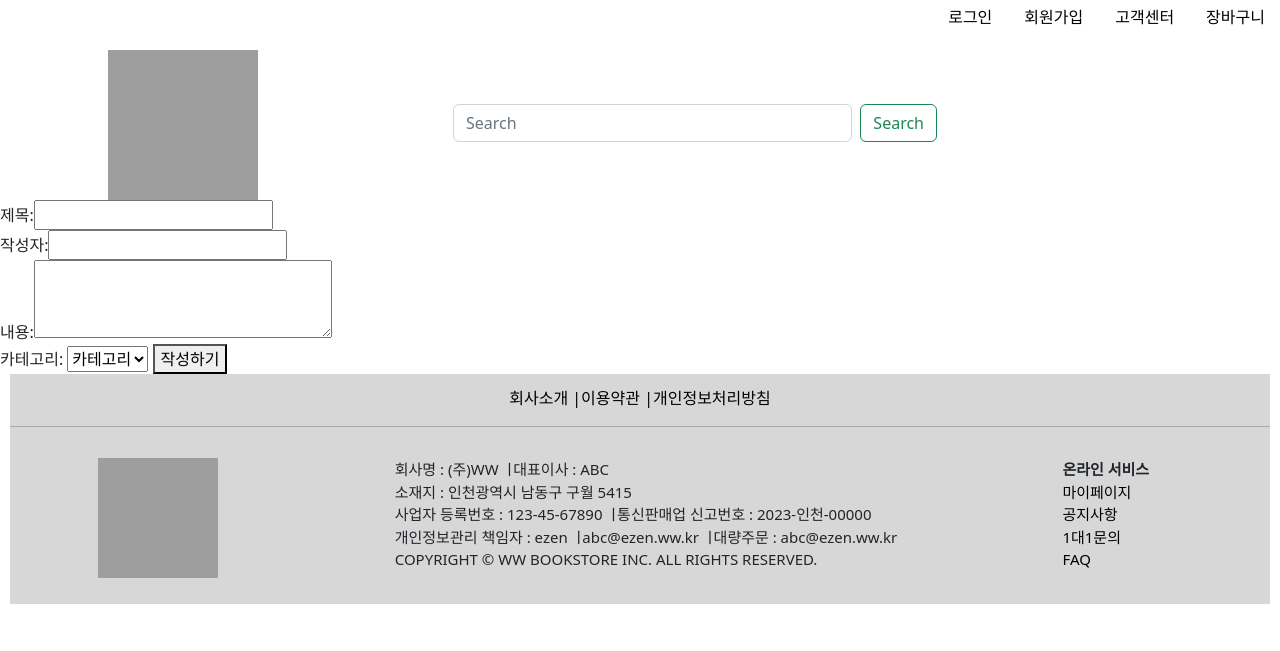
Repository: leehyeonung/project4
Page: http://localhost/book/WEB-INF/views/board/register.jsp
These files come from the project's save history. The page is drawn as it stood at one moment and after the next save; the edit follows.
The browser window is 1280 px wide. The pictures show the whole page.
Pictures or frames that could not be fetched are drawn as grey boxes. The page is served by Tomcat 9. Nobody is signed in. Other server files are loaded and not shown. The template is opened directly, without the code that normally fills it, so the values that code supplies are empty.

Above is the page before, as saved 2023-01-06 06:57:03.

### book/src/main/webapp/WEB-INF/views/board/register.jsp
<%@ page language="java" contentType="text/html; charset=UTF-8"
    pageEncoding="UTF-8"%>
<!DOCTYPE html>
<html>
<head>
<meta charset="UTF-8">
<title>Insert title here</title>
</head>
<body>
<jsp:include page="../layout/header.jsp"></jsp:include>
<div class="main">
<form action="/board/register" method="post">
제목:<input type="text" name="brd_title" ><br>
작성자:<input type="text" name="brd_writer" value="${ses.mem_id}" readonly><br>
내용:<textarea rows="3" cols="30" name="brd_content"></textarea><br>
카테고리:	<select name="brd_category">
    			<option>카테고리</option>
    			<option>질문</option>
    			<option>자유</option>
    			<option>테스트</option>
  			</select>


<div name="brd_mem_num" value="${ses.mem_num}" hidden></div>

<button type="submit">작성하기</button>
</div>
<jsp:include page="../layout/footer.jsp"></jsp:include>
</body>
</html>

### book/src/main/webapp/WEB-INF/views/layout/header.jsp
<%@ page language="java" contentType="text/html; charset=UTF-8"
    pageEncoding="UTF-8"%>
<%@ taglib uri="http://java.sun.com/jsp/jstl/core" prefix="c"%>
<!DOCTYPE html>
<html>
<head>
<meta charset="UTF-8">
<title>Insert title here</title>
<!-- CSS only -->
<link href="https://cdn.jsdelivr.net/npm/bootstrap@5.2.2/dist/css/bootstrap.min.css"
rel="stylesheet" integrity="sha384-Zenh87qX5JnK2Jl0vWa8Ck2rdkQ2Bzep5IDxbcnCeuOxjzrPF/et3URy9Bv1WTRi"
crossorigin="anonymous">
<link rel="stylesheet" type="text/css" href="/resources/css/header.css">
</head>
<body>

<div class="header">
    <div class="menu">
        <c:if test="${ses.mem_id ==null}">
        <ul><a href="/mem/loginPage">로그인</a></ul>
        <ul><a href="/mem/joinPage">회원가입</a></ul>
        </c:if>
        <c:if test="${ses.mem_id == 'admin' }">
        <ul><a href="/mem/logOut">로그아웃</a></ul>
        <ul><a href="/mem/adminpage">관리인페이지</a></ul>
        </c:if>
        <c:if test="${ses.mem_id !=null && ses.mem_id !='admin' }">
        <ul><a href="/mem/logOut">로그아웃</a></ul>
        <ul><a href="/mem/mypage">마이페이지</a></ul>
        </c:if>
        <ul><a href="#">고객센터</a></ul>
        <ul><a href="#">장바구니</a></ul>
    </div>
    <div class="bar">
       <div class="logo">
         <a href="/"><img src="/resources/image/logo.jpg" alt="로고"></a>
       </div>
         <div class="searchBar">
            <form class="d-flex" role="search">
                 <input class="form-control me-2" type="search" placeholder="Search" aria-label="Search">
                 <button class="btn btn-outline-success" type="submit">Search</button>
              </form>
         </div>
       <div class="icons">
         <a href=""><i class="fa-solid fa-cart-shopping"></i></a>
            <a href=""><i class="fa-solid fa-user"></i></a>
       </div>
    </div>
</div>
</body>
</html>

### book/src/main/webapp/WEB-INF/views/layout/footer.jsp
<%@ page language="java" contentType="text/html; charset=UTF-8"
   pageEncoding="UTF-8"%>
<!DOCTYPE html>
<html>
<head>
<meta charset="UTF-8">
<title>Insert title here</title>
<link rel="stylesheet" type="text/css" href="/resources/css/footer.css">

</head>

<body>
   <div class="footer">
      <div class="footer-top">
         <ul>
            <li><a href="">회사소개 | </a></li>
            <li><a href="">이용약관 | </a></li>
            <li><a href="">개인정보처리방침</a></li>
         </ul>
      </div>
      <hr>
      <div class="address">
         <div class="footer-logo">
            <img src="/resources/image/logo.jpg" alt="로고">
         </div>
         <div class="address-box">
            <ul>
               <li>회사명 : (주)WW <span style="margin-right: -7px;">ㅣ</span>
                  대표이사 : ABC
               </li>

               <li>소재지 : 인천광역시 남동구 구월 5415</li>
               <li>사업자 등록번호 : 123-45-67890 <span style="margin-right: -7px;">ㅣ</span>
                  통신판매업 신고번호 : 2023-인천-00000
               </li>

               <li>개인정보관리 책임자 : ezen <span style="margin-right: -7px;">ㅣ</span>
                  abc@ezen.ww.kr <span style="margin-right: -7px;">ㅣ</span> 대량주문 :
                  abc@ezen.ww.kr
               </li>

               <li>COPYRIGHT © WW BOOKSTORE INC. ALL RIGHTS RESERVED.</li>

            </ul>

         </div>
         <div class="online-serviceBar">
            <strong>온라인 서비스</strong>
            <ul>
               <li><a href="">마이페이지</a></li>
               <li><a href="">공지사항</a></li>
               <li><a href="">1대1문의</a></li>
               <li><a href="">FAQ</a></li>
            </ul>
         </div>
      </div>
   </div>

</body>
</html>

### book/src/main/webapp/resources/css/header.css
body{
    margin:0 auto;
}
.header{
	margin:0 auto;
    width: 1260px;
    height: 200px;
   /*  background-color: pink; */
}
.menu{
   display: flex;
   justify-content: flex-end;
   padding:5px;

}
.logo{
    width: 150px;
    height: 150px;
    background-color: blue;
}
.logo>a>img{
    width: 150px;
    height: 150px;
}
.searchBar{
   /* position:absolute; */
    width: 484px;
    height: 42px;
    /* background-color: gold; */
    margin-top:54px;
    border-radius: 30px;

}
.bar{

   height: 150px;
   display: flex;
   flex-direction: row;
   flex-wrap:nowrap;
   justify-content:space-around;
/*    align-items: baseline; */


}
i{
    font-size: 42px;
    color: black;
    margin-top:54px;
    margin-right: 20px;
}
</style>

### book/src/main/webapp/resources/css/footer.css
.footer {
   width: 1260px;
   height: 230px;
   background-color: rgba(175, 175, 175, 0.5);
   margin: 0 auto;
}

.footer-logo {

   width: 120px;
   height: 120px;
   background-color: beige;
}
.footer-logo>img{
   width: 120px;
   height: 120px;
}

.address-box {
   text-align: left;
   padding: 0;
   margin: 0;
}

.address {
   padding: 15px;
   height: 150px;
   display: flex;
   font-size: 15px;
   /* align-items: baseline; */
   flex-direction: row;
   flex-wrap: nowrap;
   justify-content: space-around;
}

ul {
   list-style: none;
}

.footer, .address li {

}

.footer-top {
   text-align: center;
   padding-top: 12px;
}

.footer-top>ul {
   margin: 0;
   padding: 0;
   display: flex;
   justify-content: center;
}

.footer-top>li {
   margin: 0;
   padding: 0;
}

a {
   text-decoration-line: none;
   color: black;
}

a:visited {
   text-decoration: none;
}

a:hover {
   text-decoration: none;
}

a:focus {
   text-decoration: none;
}

a:hover, a:active {
   text-decoration: none;
}

.online-serviceBar {
   padding: 0px;
   margin-left: 20px;
   width: 120px;
   height: 120px;
}

.online-serviceBar>ul {
   margin: 0px;
   padding: 0px;
}

</style>

After the next save:
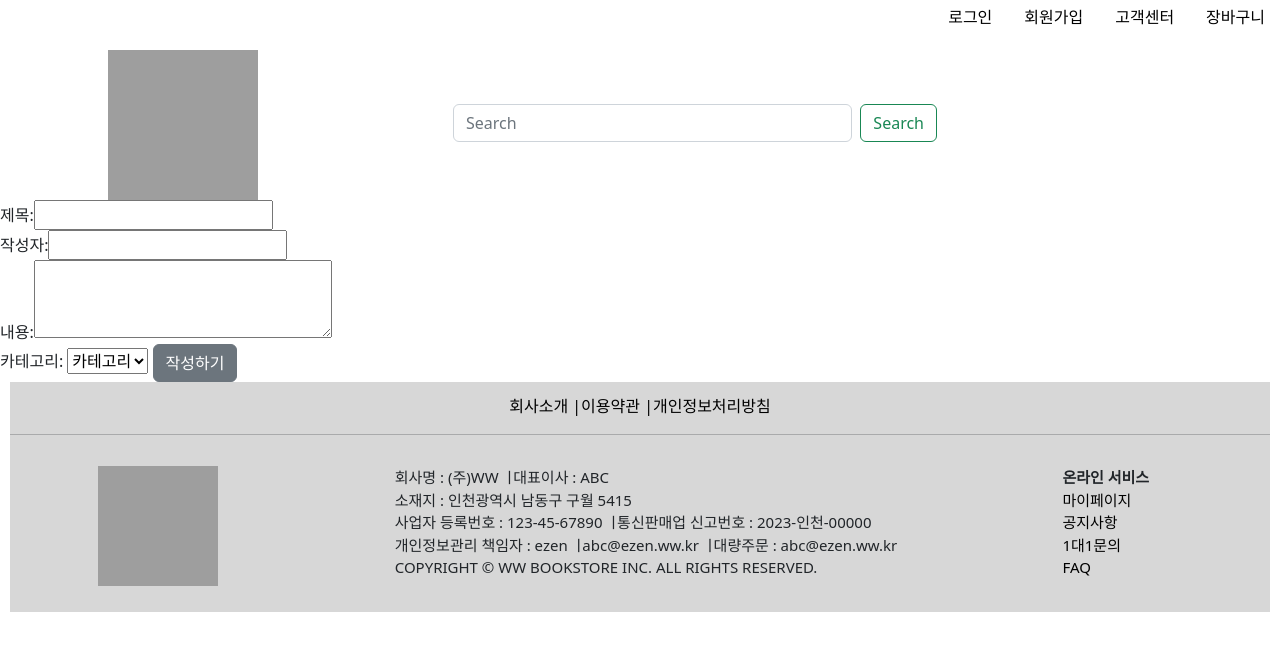
Saved 11 s later.
--- a/book/src/main/webapp/WEB-INF/views/board/register.jsp
+++ b/book/src/main/webapp/WEB-INF/views/board/register.jsp
@@ -22,8 +22,7 @@
 
 
 <div name="brd_mem_num" value="${ses.mem_num}" hidden></div>
-
-<button type="submit">작성하기</button>
+<button type="submit" class="btn btn-secondary">작성하기</button>
 </div>
 <jsp:include page="../layout/footer.jsp"></jsp:include>
 </body>
